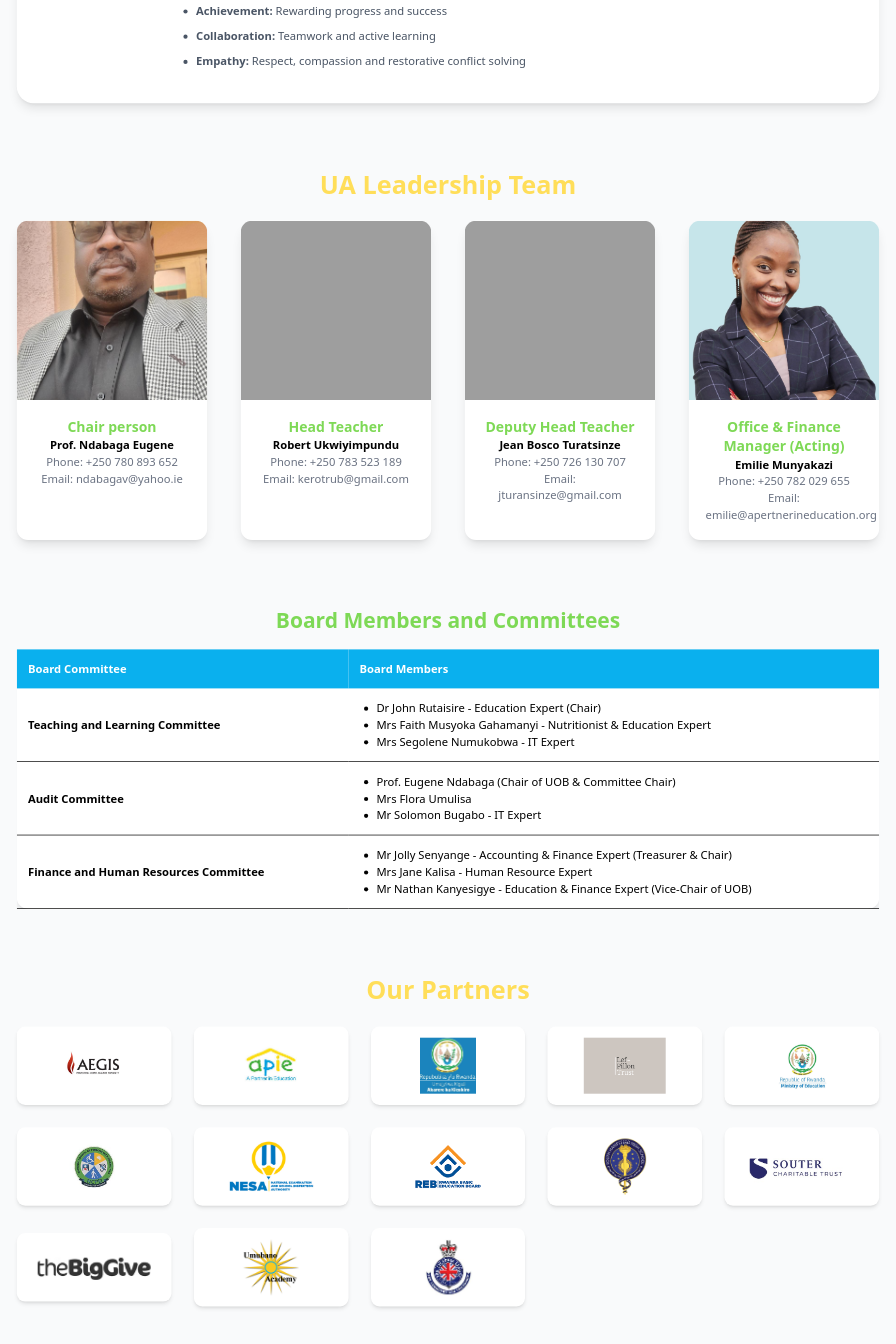
Repository: Umubano-Academy/umubano-academy-website
Page: /aboutus
These files come from the project's save history. The page is drawn as it stood at one moment and after a run of saves; the edit follows.
The browser window is 1280 px wide. The pictures show the part of the page from y = 1228 to 3148 px (the page is 4872 px tall before and 5380 px after), at 70% of full size.
Pictures or frames that could not be fetched are drawn as grey boxes. The project was rebuilt for these pictures with package versions that can differ from the ones it lists, and the page was loaded fresh each time. Also part of the build but not shown: vite.config.js, src/components/guest/Hero.jsx, src/components/guest/Event.jsx, src/components/guest/News.jsx, src/components/guest/Contact.jsx, src/components/guest/WhyCooseUs.jsx, src/components/guest/WelcomeSection.jsx, src/components/guest/Home.jsx and 10 more. Imported but missing from the stored project, and not drawn on this page: src/assets/addons/Primary-Enrolment-Handout-2025.pdf, src/assets/addons/Secondary-Enrolment-Handout-2025-2026.pdf.

Above is the page before, as saved 2026-01-20 15:14:02.

### index.html
<!doctype html>
<html lang="en">
  <head>
    <meta charset="UTF-8" />
    <!-- <link rel="icon" type="image/svg+xml" href="/vite.svg" /> -->
    <meta name="viewport" content="width=device-width, initial-scale=1.0" />
    <title>umubano-academy</title>
  </head>
  <body>
    <div id="root"></div>
    <script type="module" src="/src/main.jsx"></script>
  </body>
</html>

### src/App.jsx
import React from 'react'
import { BrowserRouter, Route, Routes } from 'react-router-dom'
import NavBar from './components/guest/NavBar'
import Hero from './components/guest/Hero'
import Event from './components/guest/Event'
import News from './components/guest/News'
import Layout from './components/guest/Layout'
import Home from './components/guest/Home'
import Admission from './components/guest/Admission'
import Academic from './components/guest/Academic'
import About from './components/guest/About'
import LayOut from './components/admin/LayOut'
import Dashboard from './components/admin/pages/Dashboard'
import Login from './components/guest/forms/Login'
import ResetPassword from './components/guest/forms/ResetPassword'
import Primary from './components/guest/primary'


function App() {
  return (
    <BrowserRouter>

    <Routes>
      <Route path='/' element={<Layout />}>
      <Route index element={<Home />} />
      <Route path='/admissions' element={<Admission />} />
      <Route path='/academic' element={<Academic />} />
      <Route path='/aboutus' element={<About />} />
      <Route path='/login' element={<Login />} />
      <Route path="/password-reset" element={<ResetPassword />} />
      <Route path='/primary' element={<Primary />} />
      </Route>

      <Route path='/admin' element={<LayOut />}>
      <Route index element={<Dashboard />} />
      </Route>
    </Routes>
    </BrowserRouter>

  )
}

export default App

### src/components/guest/Layout.jsx
import React from 'react'
import NavBar from './NavBar'
import { Outlet } from 'react-router-dom'
import Footer from './Footer'


function Layout() {
  return (
    <div>
      <NavBar />

      <div>
        <Outlet />
      </div>
      <div>
        <Footer />
      </div>
    </div>
  )
}

export default Layout

### src/components/guest/About.jsx
import React from "react";
import { motion } from "framer-motion";
import { Users, BookOpen } from "lucide-react";

// Leadership photos (you can replace with real ones later)
import headImg from "../../assets/head.jpg";
import chair from "../../assets/Chair-of-the-UOB.jpg";
import deputy from "../../assets/Deputy Head-Teacher.jpg";
import finance from "../../assets/Office-Finance-Officer (Acting).jpeg";

// value, mission, vission

import vision from "../../assets/vision.png";
import mission from "../../assets/mission.png";
import value from "../../assets/values.png";

// Partners logos
import p1 from "../../assets/partners/AEGIS-TRUST.jpg";
import p2 from "../../assets/partners/APIE.jpg";
import p3 from "../../assets/partners/Kicukiro-District.jpg";
import p4 from "../../assets/partners/Lef-Pillon-Trust.jpg";
import p5 from "../../assets/partners/MINEDUC.jpg";
import p6 from "../../assets/partners/NCPD.jpg";
import p7 from "../../assets/partners/NESA.png";
import p8 from "../../assets/partners/REB.png";
import p9 from "../../assets/partners/SHHS.png";
import p10 from "../../assets/partners/Souter-Foundation.jpg";
import p11 from "../../assets/partners/The-Big-Give.png";
import p12 from "../../assets/partners/UA-LOGO.png";
import p13 from "../../assets/partners/Victoria-League.jpg";

function About() {
  const partners = [p1, p2, p3, p4, p5, p6, p7, p8, p9, p10, p11, p12, p13];

  const leadership = [
    {
      title: "Chair person ",
      name: "Prof. Ndabaga Eugene",
      phone: "+250 780 893 652",
      email: "ndabagav@yahoo.ie",
      img: chair,
    },
    {
      title: "Head Teacher",
      name: "Robert Ukwiyimpundu",
      phone: "+250 783 523 189",
      email: "kerotrub@gmail.com",
      img: headImg,
    },
    {
      title: "Deputy Head Teacher",
      name: "Jean Bosco Turatsinze",
      phone: "+250 726 130 707",
      email: "jturansinze@gmail.com",
      img: deputy,
    },
    {
      title: "Office & Finance Manager (Acting)",
      name: "Emilie Munyakazi",
      phone: "+250 782 029 655",
      email: "emilie@apertnerineducation.org",
      img: finance,
    },
  ];

  const boardCommittees = [
    {
      committee: "Teaching and Learning Committee",
      members: [
        "Dr John Rutaisire - Education Expert (Chair)",
        "Mrs Faith Musyoka Gahamanyi - Nutritionist & Education Expert",
        "Mrs Segolene Numukobwa - IT Expert",
      ],
    },
    {
      committee: "Audit Committee",
      members: [
        "Prof. Eugene Ndabaga (Chair of UOB & Committee Chair)",
        "Mrs Flora Umulisa",
        "Mr Solomon Bugabo - IT Expert",
      ],
    },
    {
      committee: "Finance and Human Resources Committee",
      members: [
        "Mr Jolly Senyange - Accounting & Finance Expert (Treasurer & Chair)",
        "Mrs Jane Kalisa - Human Resource Expert",
        "Mr Nathan Kanyesigye - Education & Finance Expert (Vice-Chair of UOB)",
      ],
    },
  ];

  return (
    <section className="py-10 bg-gray-50">
      <div className="max-w-7xl mx-auto px-6">
        {/* Our Story */}
        <motion.div
          initial={{ opacity: 0, y: 30 }}
          whileInView={{ opacity: 1, y: 0 }}
          viewport={{ once: true }}
          transition={{ duration: 0.6 }}
          className="text-center max-w-3xl mx-auto mb-20"
        >
          <h2 className="text-4xl font-bold text-[#FFDE59] mb-4">Our Story</h2>
          <p className="text-gray-600 text-lg">
            Umubano Academy (UA) is a private school located in Kigali City,
            Kicukiro District, Kanombe Sector, Kabeza Cell, in Nyarurembo
            Village. It opened its doors in 2013 with nursery and primary, and
            in 2018 added lower secondary. UA follows the Rwandan
            Competence-Based Curriculum while applying international best
            practices.
          </p>
        </motion.div>

        {/* Vision & Mission */}
        <motion.div
          className="grid grid-cols-1 md:grid-cols-2 gap-12 mb-24"
          initial="hidden"
          whileInView="visible"
          viewport={{ once: true }}
          variants={{ visible: { transition: { staggerChildren: 0.2 } } }}
        >
          {/* Vision */}
          <motion.div
            variants={{
              hidden: { opacity: 0, y: 40 },
              visible: { opacity: 1, y: 0 },
            }}
            className="bg-white rounded-3xl shadow-lg p-10 text-center"
          >
            <img
              src={vision}
              alt="Vision"
              className="w-16 h-16 object-contain mb-4 mx-auto"
            />
            <h4 className="text-2xl font-bold text-[#7ED956] mb-3">
              Our Vision
            </h4>
            <p className="text-gray-600">
              To empower all students to become peace-loving, creative and
              resilient leaders who strive for excellence.
            </p>
          </motion.div>

          {/* Mission */}
          <motion.div
            variants={{
              hidden: { opacity: 0, y: 40 },
              visible: { opacity: 1, y: 0 },
            }}
            className="bg-white rounded-3xl shadow-lg p-10 text-center"
          >
            <img
              src={mission}
              alt="Mission"
              className="w-16 h-16 object-contain mb-4 mx-auto"
            />
            <h4 className="text-2xl font-bold text-[#7ED956] mb-3">
              Our Mission
            </h4>
            <ul className="text-gray-600 text-left list-disc pl-6 space-y-2">
              <li>
                Nurture a welcoming, safe and loving learner-centred environment
              </li>
              <li>Promote high expectations of learners’ academic progress</li>
              <li>
                Support learners through positive behaviour management and SEL
                skills
              </li>
              <li>Foster inclusive practices for all learners</li>
              <li>
                Provide vibrant co-curricular activities promoting creativity
                and teamwork
              </li>
            </ul>
          </motion.div>
        </motion.div>

        {/* Values */}
        <motion.div
          initial={{ opacity: 0, y: 30 }}
          whileInView={{ opacity: 1, y: 0 }}
          viewport={{ once: true }}
          transition={{ duration: 0.6 }}
          className="bg-white rounded-3xl shadow-lg p-12 mb-24"
          id="values"
        >
          <div className="flex flex-col items-center mb-4">
            <img
              src={value}
              alt="Values"
              className="w-16 h-16 object-contain mb-3"
            />
            <h3 className="text-3xl font-bold text-[#7ED956] text-center">
              Our Values
            </h3>
          </div>

          <p className="text-gray-700 mb-6 text-center">
            Peace is at the heart of Umubano Academy. We promote equality,
            togetherness and respect.
          </p>

          <ul className="text-gray-600 space-y-3 list-disc pl-6 max-w-3xl mx-auto">
            <li>
              <b>Problem Solving:</b> Growth mindset, creativity and resilience
            </li>
            <li>
              <b>Excellence:</b> Maximising every student’s potential
            </li>
            <li>
              <b>Achievement:</b> Rewarding progress and success
            </li>
            <li>
              <b>Collaboration:</b> Teamwork and active learning
            </li>
            <li>
              <b>Empathy:</b> Respect, compassion and restorative conflict
              solving
            </li>
          </ul>
        </motion.div>

        {/* School Leadership */}
        <motion.div
          initial={{ opacity: 0, y: 30 }}
          whileInView={{ opacity: 1, y: 0 }}
          viewport={{ once: true }}
          transition={{ duration: 0.6 }}
          className="mb-24"
        >
          <h3 className="text-4xl font-bold text-[#FFDE59] mb-8 text-center">
            UA Leadership Team
          </h3>

          <div className="grid grid-cols-1 sm:grid-cols-2 lg:grid-cols-4 gap-12">
            {leadership.map((leader, i) => (
              <div
                key={i}
                className="bg-white rounded-2xl shadow-lg overflow-hidden"
              >
                <img
                  src={leader.img}
                  alt={leader.name}
                  className="w-full h-64 object-cover"
                />
                <div className="p-6 text-center">
                  <h4 className="text-xl font-bold text-[#7ED956]">
                    {leader.title}
                  </h4>
                  <p className="font-semibold">{leader.name}</p>
                  <p className="text-gray-500">Phone: {leader.phone}</p>
                  <p className="text-gray-500">Email: {leader.email}</p>
                </div>
              </div>
            ))}
          </div>
        </motion.div>

        {/* Board Members & Committees */}
        <motion.div
          initial={{ opacity: 0, y: 30 }}
          whileInView={{ opacity: 1, y: 0 }}
          viewport={{ once: true }}
          transition={{ duration: 0.6 }}
          className="mb-24"
        >
          <h3 className="text-3xl font-bold text-[#7ED956] mb-6 text-center">
            Board Members and Committees
          </h3>
          <div className="overflow-x-auto">
            <table className="w-full bg-white rounded-2xl shadow-lg">
              <thead className="bg-[#0AB0EE] text-white">
                <tr>
                  <th className="p-4 text-left">Board Committee</th>
                  <th className="p-4 text-left">Board Members</th>
                </tr>
              </thead>
              <tbody>
                {boardCommittees.map((row, i) => (
                  <tr key={i} className="border-b">
                    <td className="p-4 font-semibold">{row.committee}</td>
                    <td className="p-4">
                      <ul className="list-disc pl-6">
                        {row.members.map((m, idx) => (
                          <li key={idx}>{m}</li>
                        ))}
                      </ul>
                    </td>
                  </tr>
                ))}
              </tbody>
            </table>
          </div>
        </motion.div>

        {/* Our Partners */}
        <motion.div
          initial={{ opacity: 0, y: 30 }}
          whileInView={{ opacity: 1, y: 0 }}
          viewport={{ once: true }}
          transition={{ duration: 0.6 }}
          className="mb-24"
        >
          <h3 className="text-4xl font-bold text-[#FFDE59] mb-8 text-center">
            Our Partners
          </h3>

          <div className="grid grid-cols-2 sm:grid-cols-3 md:grid-cols-4 lg:grid-cols-5 gap-8 items-center">
            {partners.map((logo, i) => (
              <div
                key={i}
                className="bg-white rounded-xl shadow-md p-4 flex items-center justify-center hover:shadow-xl transition"
              >
                <img
                  src={logo}
                  alt={`Partner ${i + 1}`}
                  className="max-h-20 object-contain"
                />
              </div>
            ))}
          </div>
        </motion.div>



        {/* Testimonials */}
        <motion.div
          initial={{ opacity: 0, y: 30 }}
          whileInView={{ opacity: 1, y: 0 }}
          viewport={{ once: true }}
          transition={{ duration: 0.6 }}
          className="mb-24"
        >
          <h3 className="text-4xl font-bold text-[#FFDE59] mb-10 text-center">
            Testimonials
          </h3>

          <div className="grid grid-cols-1 md:grid-cols-3 gap-8">
            {[
              {
                name: "Parent of Nursery",
                text: "Umubano Academy gave my child confidence and love for learning.",
              },
              {
                name: "Parent of Primary",
                text: "Teachers are caring, professional and focused on each child.",
              },
              {
                name: "Parent of Lower Secondary",
                text: "My child improved both academically and socially.",
              },
            ].map((t, i) => (
              <div key={i} className="bg-white p-8 rounded-2xl shadow-lg">
                <p className="italic text-gray-600 mb-4">“{t.text}”</p>
                <h4 className="font-bold text-[#7ED956]">{t.name}</h4>
              </div>
            ))}
          </div>
        </motion.div>

        {/* Our Alumni */}
        <motion.div
          initial={{ opacity: 0, y: 30 }}
          whileInView={{ opacity: 1, y: 0 }}
          viewport={{ once: true }}
          transition={{ duration: 0.6 }}
          className="mb-24 bg-white rounded-3xl shadow-lg p-12"
        >
          <h3 className="text-3xl font-bold text-[#7ED956] mb-8 text-center">
            Our Alumni
          </h3>

          <div className="grid grid-cols-1 md:grid-cols-2 gap-8">
            {[
              {
                name: "Alumni 2018",
                text: "Umubano Academy shaped my discipline and leadership skills.",
              },
              {
                name: "Alumni 2020",
                text: "I am proud to say I started my journey at Umubano Academy.",
              },
            ].map((a, i) => (
              <div key={i} className="bg-gray-100 p-6 rounded-2xl">
                <p className="italic text-gray-700 mb-3">“{a.text}”</p>
                <h4 className="font-semibold text-blue-900">{a.name}</h4>
              </div>
            ))}
          </div>
        </motion.div>
        {/* Our Policies */}
        <motion.div
          initial={{ opacity: 0, y: 30 }}
          whileInView={{ opacity: 1, y: 0 }}
          viewport={{ once: true }}
          transition={{ duration: 0.6 }}
          className="mb-24"
        >
          <h3 className="text-3xl font-bold text-[#0AB0EE] mb-6 text-center">
            Our Policies
          </h3>

          <div className="bg-white rounded-3xl shadow-lg p-10">
            <ul className="list-disc pl-6 text-gray-700 space-y-3 max-w-4xl mx-auto">
              <li>Child protection and safeguarding policy</li>
              <li>Anti-bullying policy</li>
              <li>Health and safety policy</li>
              <li>Academic integrity and discipline policy</li>
              <li>Parent and community engagement policy</li>
              <li>Equal opportunity and inclusion policy</li>
            </ul>
          </div>
        </motion.div>
      </div>
    </section>
  );
}

export default About;

### src/components/guest/Footer.jsx
import React from "react"
import {
  Phone,
  Mail,
  MapPin,
  Facebook,
  Twitter,
  Instagram,
  GraduationCap,
} from "lucide-react"
import logo from "../../assets/partners/UA-LOGO.png";

function Footer() {
  return (
    <footer className="bg-[#0AB0EE] text-white">
      <div className="max-w-7xl mx-auto px-6 py-20">

        {/* Top Section */}
        <div className="grid grid-cols-1 md:grid-cols-2 lg:grid-cols-4 gap-12">

          {/* School Info */}
          <div>
            <div className="flex items-center gap-3 mb-6">
              <img src={logo} alt="Umubano Academy Logo" className="w-16 h-16 object-contain" />
              <h3 className="text-xl font-bold text-white">
                Umubano Academy
              </h3>
            </div>
            <p className="text-white leading-relaxed">
              Umubano Academy is dedicated to providing quality education,
              strong values, and a nurturing environment that shapes future
              leaders.
            </p>
          </div>

          {/* Quick Links */}
          <div>
            <h4 className="text-lg font-semibold text-white mb-6">
              Quick Links
            </h4>
            <ul className="space-y-4">
              {[
                "Home",
                "About Us",
                "Academics",
                "Admissions",
                "News",
                "Contact",
              ].map((link) => (
                <li key={link}>
                  <a
                    href={`/${link.toLowerCase().replace(" ", "")}`}
                    className="hover:text-yellow-400 transition"
                  >
                    {link}
                  </a>
                </li>
              ))}
            </ul>
          </div>

          {/* Contact Info */}
          <div>
            <h4 className="text-lg font-semibold text-white mb-6">
              Contact Us
            </h4>
            <ul className="space-y-4">
              <li className="flex items-start gap-3">
                <Phone size={18} className="text-yellow-400 mt-1" />
                <span>+250 782029655</span>
              </li>
              <li className="flex items-start gap-3">
                <Mail size={18} className="text-yellow-400 mt-1" />
                <span>info@umubanoacademy.rw</span>
              </li>
              <li className="flex items-start gap-3">
                <MapPin size={18} className="text-yellow-400 mt-1" />
                <span>
                  Kigali City, Kicukiro District, Kabeza
                </span>
              </li>
            </ul>
          </div>

          {/* Motto & Social */}
          <div>
            {/* <h4 className="text-lg font-semibold text-white mb-6">
              Our Motto
            </h4>
            <p className="italic mb-6">
              “Knowledge, Discipline & Excellence”
            </p> */}

            <div className="flex gap-4">
              <a
                href="#"
                className="w-10 h-10 bg-white/10 flex items-center justify-center rounded-full hover:bg-yellow-400 hover:text-blue-900 transition"
              >
                <Facebook size={18} />
              </a>
              <a
                href="#"
                className="w-10 h-10 bg-white/10 flex items-center justify-center rounded-full hover:bg-yellow-400 hover:text-blue-900 transition"
              >
                <Twitter size={18} />
              </a>
              <a
                href="#"
                className="w-10 h-10 bg-white/10 flex items-center justify-center rounded-full hover:bg-yellow-400 hover:text-blue-900 transition"
              >
                <Instagram size={18} />
              </a>
            </div>
          </div>

        </div>
      </div>

      {/* Bottom Bar */}
      <div className="border-t border-white/10 py-6 text-center text-sm text-white">
        © {new Date().getFullYear()} Umubano Academy. All rights reserved.
      </div>
    </footer>
  )
}

export default Footer

Loaded but not shown: src/main.jsx (common file); src/index.css (common file); src/components/guest/NavBar.jsx (215 lines, source omitted)

After the next 2 saves:
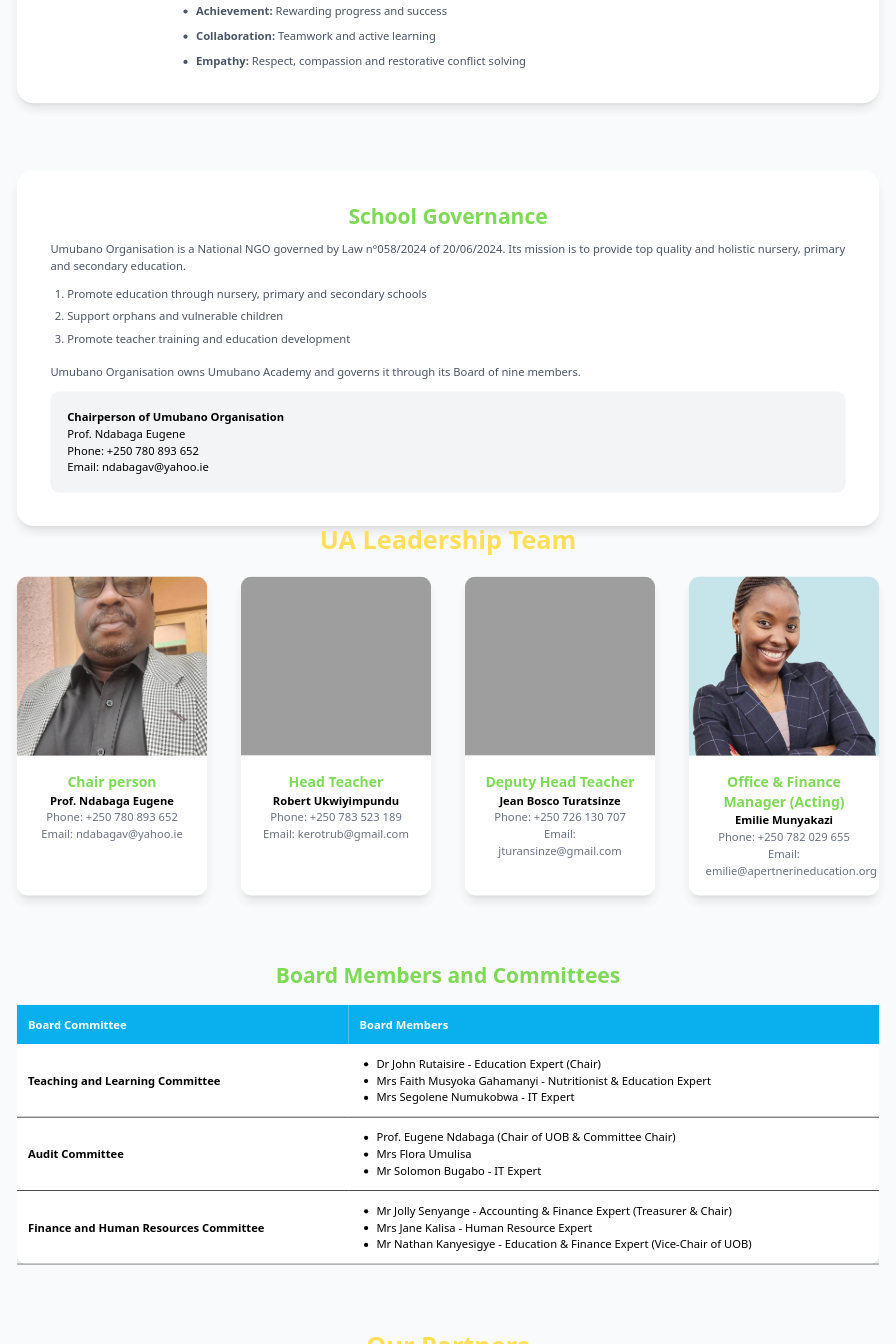
The 2 saves are shown as one change because they came seconds apart.
The last was saved 11 s later.
--- a/src/components/guest/About.jsx
+++ b/src/components/guest/About.jsx
@@ -221,6 +221,43 @@
           </ul>
         </motion.div>
 
+
+
+        {/* School Governance */}
+        <motion.div
+          initial={{ opacity: 0, y: 30 }}
+          whileInView={{ opacity: 1, y: 0 }}
+          viewport={{ once: true }}
+          transition={{ duration: 0.6 }}
+          className="bg-white rounded-3xl shadow-lg p-12"
+        >
+          <h3 className="text-3xl font-bold text-[#7ED956] mb-4 text-center">
+            School Governance
+          </h3>
+          <p className="text-gray-600 mb-4">
+            Umubano Organisation is a National NGO governed by Law n°058/2024 of
+            20/06/2024. Its mission is to provide top quality and holistic
+            nursery, primary and secondary education.
+          </p>
+          <ul className="list-decimal pl-6 text-gray-600 space-y-2 mb-6">
+            <li>
+              Promote education through nursery, primary and secondary schools
+            </li>
+            <li>Support orphans and vulnerable children</li>
+            <li>Promote teacher training and education development</li>
+          </ul>
+          <p className="text-gray-600 mb-4">
+            Umubano Organisation owns Umubano Academy and governs it through its
+            Board of nine members.
+          </p>
+          <div className="bg-gray-100 p-6 rounded-xl">
+            <p className="font-semibold">Chairperson of Umubano Organisation</p>
+            <p>Prof. Ndabaga Eugene</p>
+            <p>Phone: +250 780 893 652</p>
+            <p>Email: ndabagav@yahoo.ie</p>
+          </div>
+        </motion.div>
+
         {/* School Leadership */}
         <motion.div
           initial={{ opacity: 0, y: 30 }}
